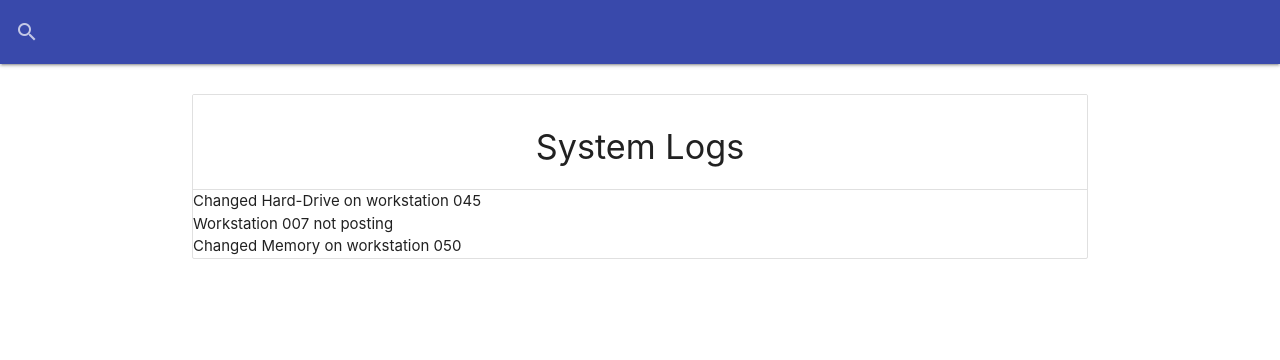
Repository: syedabdulrahim/IT_Logger
Page: /
These files come from the project's save history. The page is drawn as it stood at one moment and after the next save; the edit follows.
The browser window is 1280 px wide. The pictures show the whole page.
The project was rebuilt for these pictures with package versions that can differ from the ones it lists, and the page was loaded fresh each time. Requests to the local data server were answered from the project's data file. Also part of the build but not shown: src/App.css.

Above is the page before, as saved 2020-10-29 15:27:58.

After the next save:
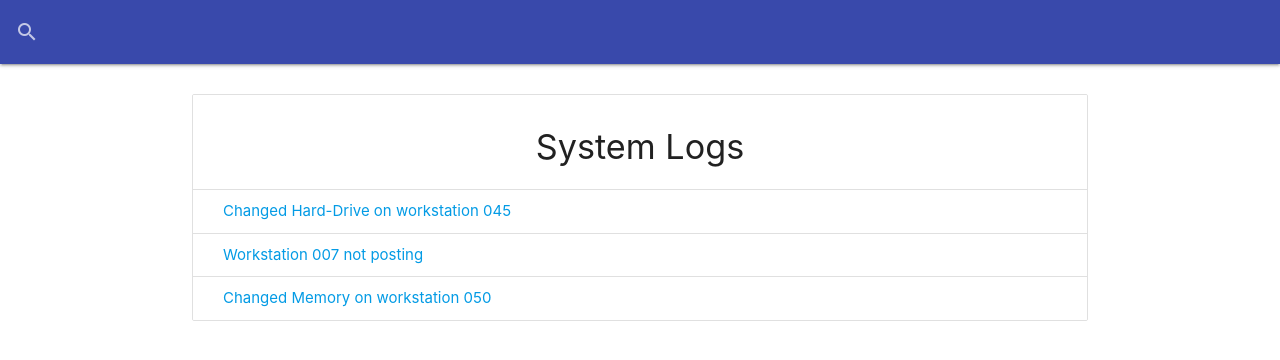
Saved 17 s later.
--- a/src/components/logs/Logs.js
+++ b/src/components/logs/Logs.js
@@ -36,7 +36,7 @@ const Logs = (props) => {
                 </li>
         {!loading&&logs.length===0?(<p className="center">No Logs to show...</p>):
         (
-            logs.map((log)=><li> {log.message}</li>)
+            logs.map((log)=><LogItem log={log}></LogItem>)
         )}
             </ul>
 
